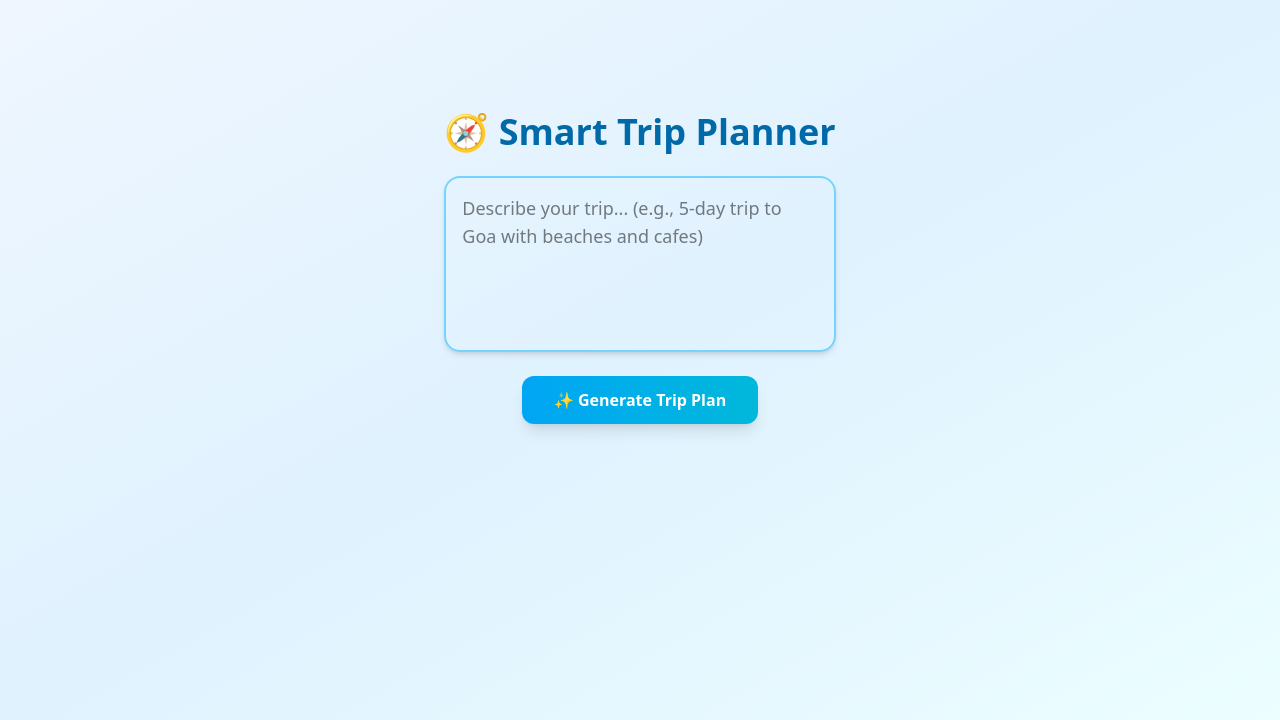
Repository: vega2006/The-Ringmaster-s-Roundtable
Page: /prompt (app in client/)
An editor plug-in stored every save of this project. The page is shown before and after the next save, followed by the edit.
The browser window is 1280 px wide. The pictures show the whole page.
The page's requests for data from a server got no answer. The project was rebuilt for these pictures with package versions that can differ from the ones it lists, and the page was loaded fresh each time. No one was signed in, and anything a server would have sent is missing. Also part of the build but not shown: client/vite.config.js, client/src/api/api.jsx, client/src/components/GoogleLogin.jsx, client/src/components/NotFound.jsx, client/src/utils/constants.jsx, client/src/contexts/TripContext.jsx, client/src/components/AppHeader.jsx, client/src/components/Sidebar.jsx and 10 more.

Above is the page before, as saved 2025-10-08 22:16:46.

After the next save:
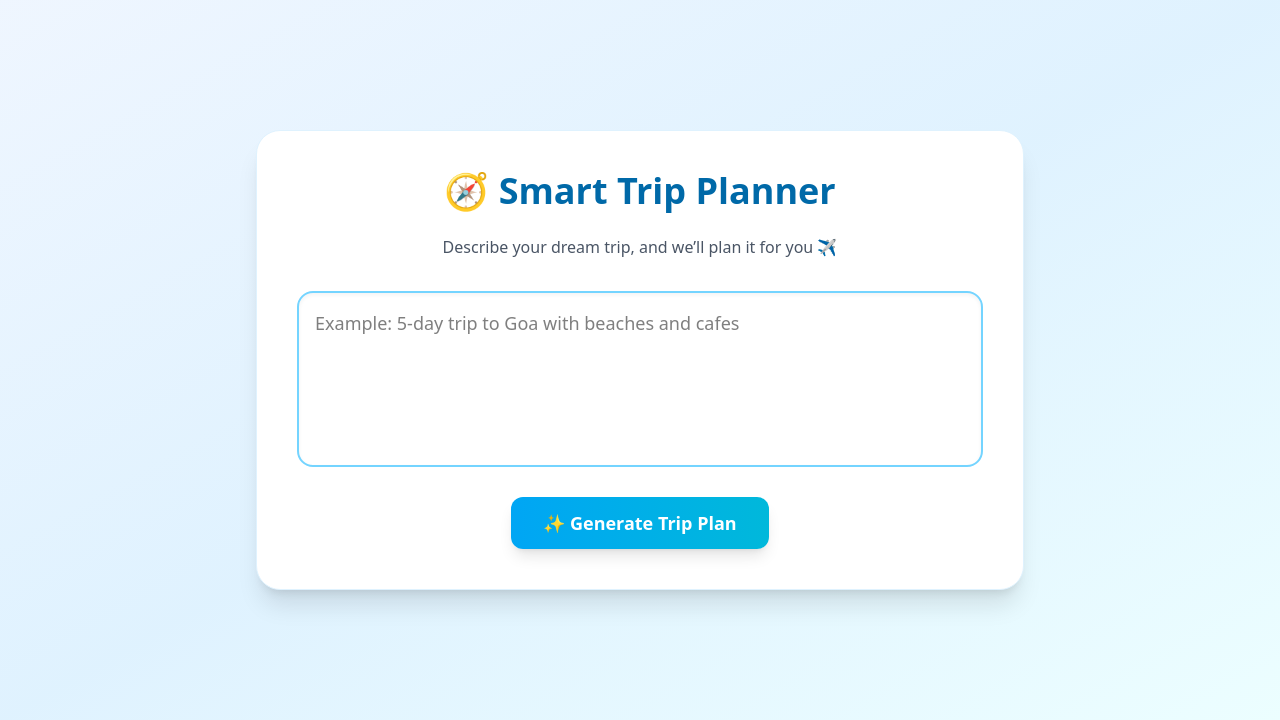
Saved 3 min 7 s later.
--- a/client/src/components/PlanByPrompt.jsx
+++ b/client/src/components/PlanByPrompt.jsx
@@ -1,10 +1,10 @@
-import { useState, useEffect } from "react";
+import { useState } from "react";
+
 export default function PlanByPrompt() {
   const [prompt, setPrompt] = useState("");
   const [isLoading, setIsLoading] = useState(false);
   const [result, setResult] = useState(null);
 
-  // ✅ Generate trip plan
   const generate = async () => {
     if (!prompt.trim()) {
       alert("Please describe your trip before generating!");
@@ -16,12 +16,11 @@ export default function PlanByPrompt() {
       const response = await fetch("http://localhost:4000/api/mcp-server", {
         method: "POST",
         headers: { "Content-Type": "application/json" },
-        body: JSON.stringify({ prompt, location }),
+        body: JSON.stringify({ prompt }),
       });
 
       const data = await response.json();
       setResult(data.finalResponse.kwargs.content);
-      console.log(data);
     } catch (err) {
       console.error("Error generating trip plan:", err);
       alert("Failed to generate trip plan. Please try again.");
@@ -31,30 +30,52 @@ export default function PlanByPrompt() {
   };
 
   return (
-    <div className="min-h-screen bg-gradient-to-br from-blue-50 via-sky-100 to-cyan-50 p-8 flex flex-col items-center">
-        <div className="flex flex-col items-center justify-center text-center max-w-2xl mt-20">
-          <h2 className="text-4xl font-bold text-sky-700 mb-6">
-            🧭 Smart Trip Planner
-          </h2>
+    <div className="min-h-screen bg-gradient-to-br from-blue-50 via-sky-100 to-cyan-50 flex flex-col items-center justify-center p-6">
+      <div className="w-full max-w-3xl bg-white rounded-3xl shadow-xl p-10 border border-sky-100">
+        {/* Header */}
+        <h1 className="text-4xl font-extrabold text-sky-700 text-center mb-6">
+          🧭 Smart Trip Planner
+        </h1>
+        <p className="text-gray-600 text-center mb-8">
+          Describe your dream trip, and we’ll plan it for you ✈️
+        </p>
 
-          <textarea
-            placeholder="Describe your trip... (e.g., 5-day trip to Goa with beaches and cafes)"
-            value={prompt}
-            onChange={(e) => setPrompt(e.target.value)}
-            className="w-full p-4 border-2 border-sky-300 rounded-2xl shadow-md resize-none focus:ring-2 focus:ring-sky-500 transition-all text-lg"
-            rows="5"
-          />
+        {/* Prompt Input */}
+        <textarea
+          placeholder="Example: 5-day trip to Goa with beaches and cafes"
+          value={prompt}
+          onChange={(e) => setPrompt(e.target.value)}
+          rows="5"
+          className="w-full p-4 border-2 border-sky-300 rounded-2xl shadow-inner focus:ring-2 focus:ring-sky-500 outline-none text-lg resize-none transition-all duration-200"
+        />
 
+        {/* Generate Button */}
+        <div className="flex justify-center mt-6">
           <button
             onClick={generate}
             disabled={isLoading}
-            className="mt-6 bg-gradient-to-r from-sky-500 to-cyan-500 text-white font-semibold px-8 py-3 rounded-xl shadow-lg hover:shadow-xl hover:from-sky-600 hover:to-cyan-600 transition-all"
+            className={`px-8 py-3 text-lg font-semibold text-white rounded-xl shadow-lg transition-all duration-300 ${
+              isLoading
+                ? "bg-sky-400 cursor-not-allowed"
+                : "bg-gradient-to-r from-sky-500 to-cyan-500 hover:from-sky-600 hover:to-cyan-600"
+            }`}
           >
             {isLoading ? "Planning..." : "✨ Generate Trip Plan"}
           </button>
-         {!isLoading&& <p>{result}</p>}
         </div>
 
+        {/* Result Display */}
+        {result && !isLoading && (
+          <div className="mt-10 p-6 bg-gradient-to-br from-white via-sky-50 to-blue-50 border border-sky-200 rounded-2xl shadow-inner max-h-[400px] overflow-y-auto transition-all duration-300">
+            <h2 className="text-2xl font-bold text-sky-700 mb-4 text-center">
+              🗺️ Your Trip Plan
+            </h2>
+            <div className="text-gray-800 whitespace-pre-line leading-relaxed tracking-wide">
+              {result}
+            </div>
+          </div>
+        )}
+      </div>
     </div>
   );
 }
